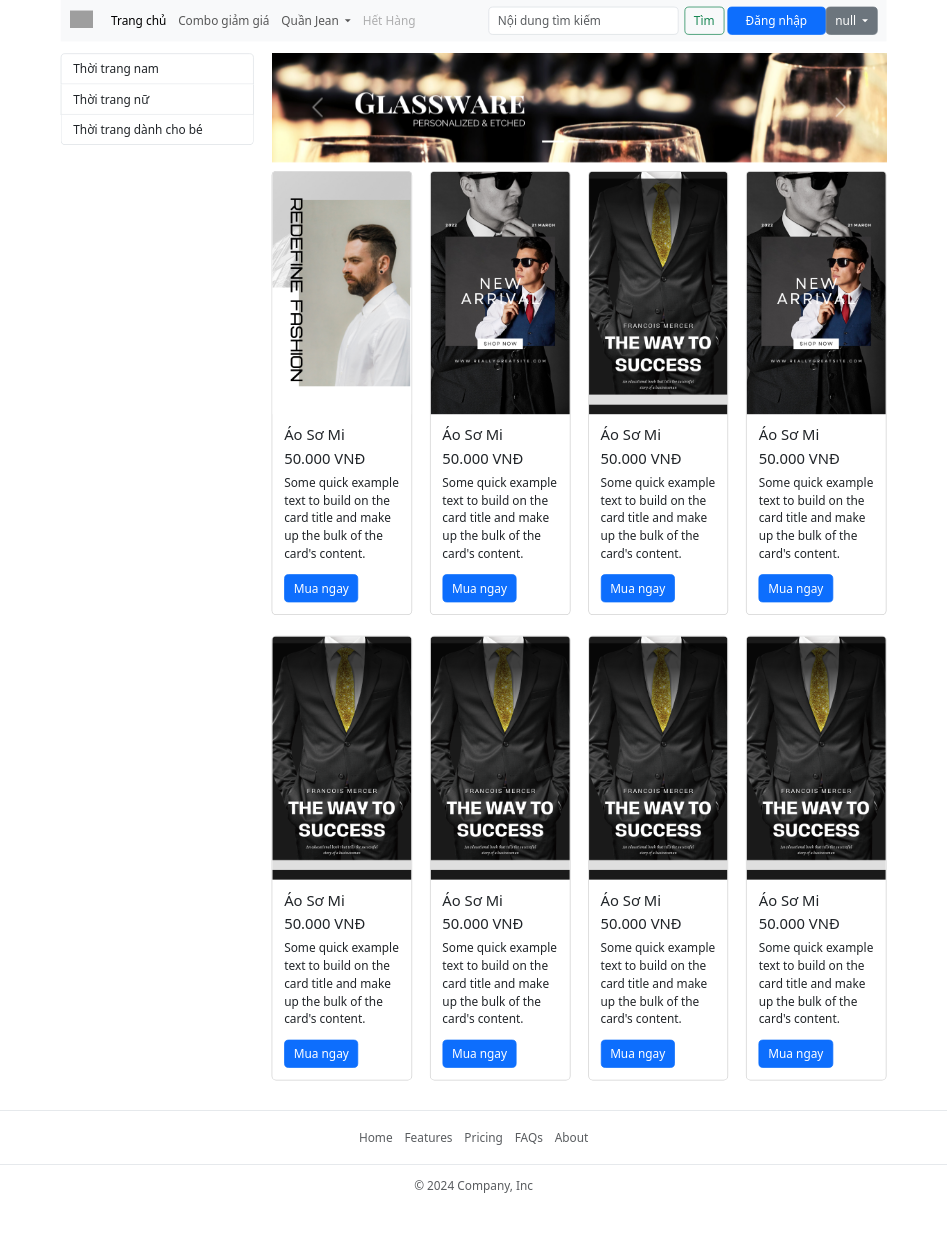
Repository: wuubangdev/bookstore-servlet-jsp
Page: http://localhost/Bai32_WebBanSach_/
The author's editor kept a copy of each file at every save. The page is drawn from the files as they stood at one save, then again after the next save.
The browser window is 1280 px wide. The pictures show the whole page, at 74% of full size.
Pictures or frames that could not be fetched are drawn as grey boxes. The page is served by Tomcat 9.

Above is the page before, as saved 2024-03-24 10:35:13.

After the next save:
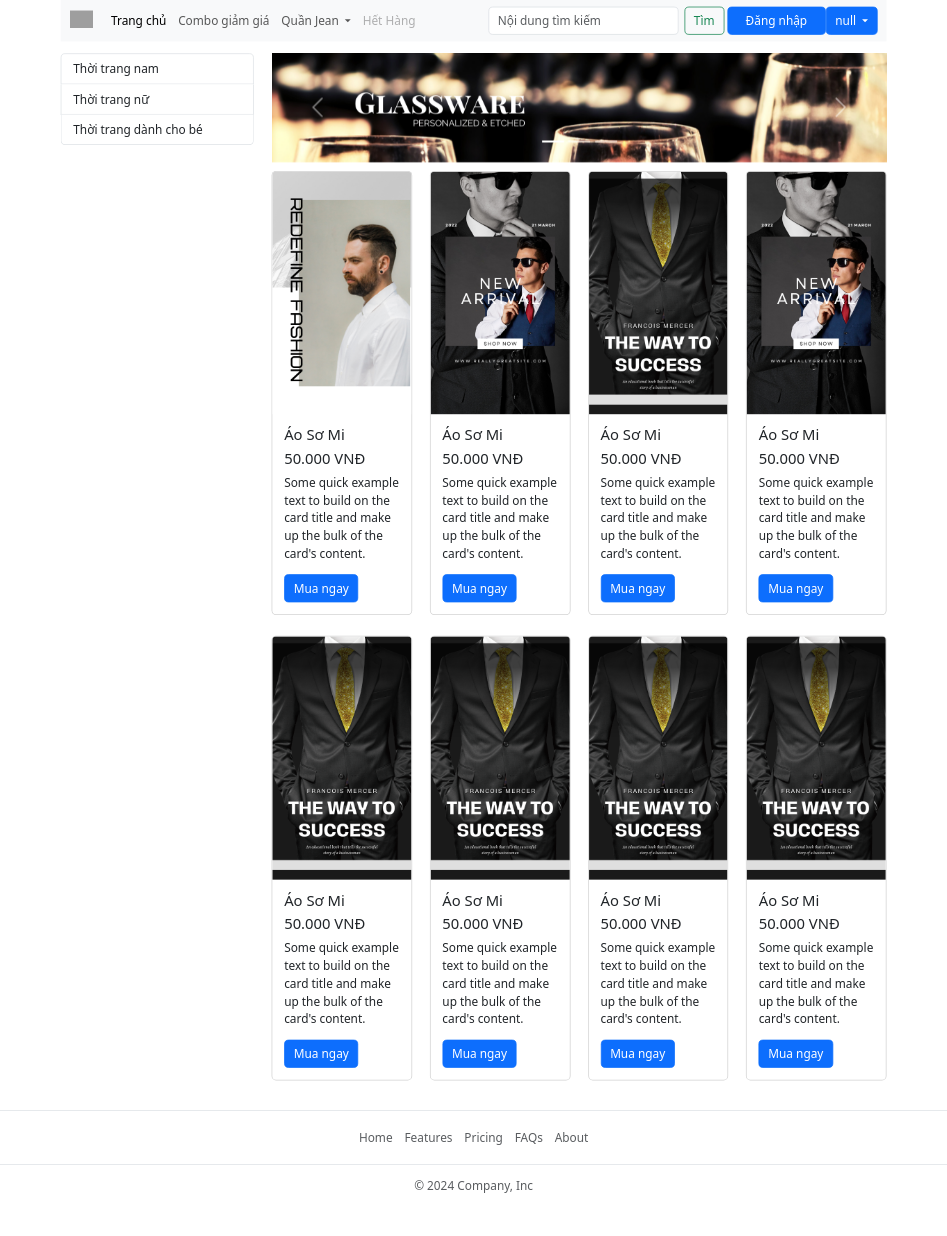
Saved 71 s later.
--- a/Bai32_WebBanSach_/src/main/webapp/index.jsp
+++ b/Bai32_WebBanSach_/src/main/webapp/index.jsp
@@ -62,7 +62,7 @@
 					<%} else { %>
 					<%} %>
 					<div class="dropdown primary">
-					  <button class="btn btn-secondary dropdown-toggle" type="button" data-bs-toggle="dropdown" aria-expanded="false">
+					  <button class="btn btn-primary dropdown-toggle" type="button" data-bs-toggle="dropdown" aria-expanded="false">
 					    <%=userName%>
 					  </button>
 					  <ul class="dropdown-menu">
